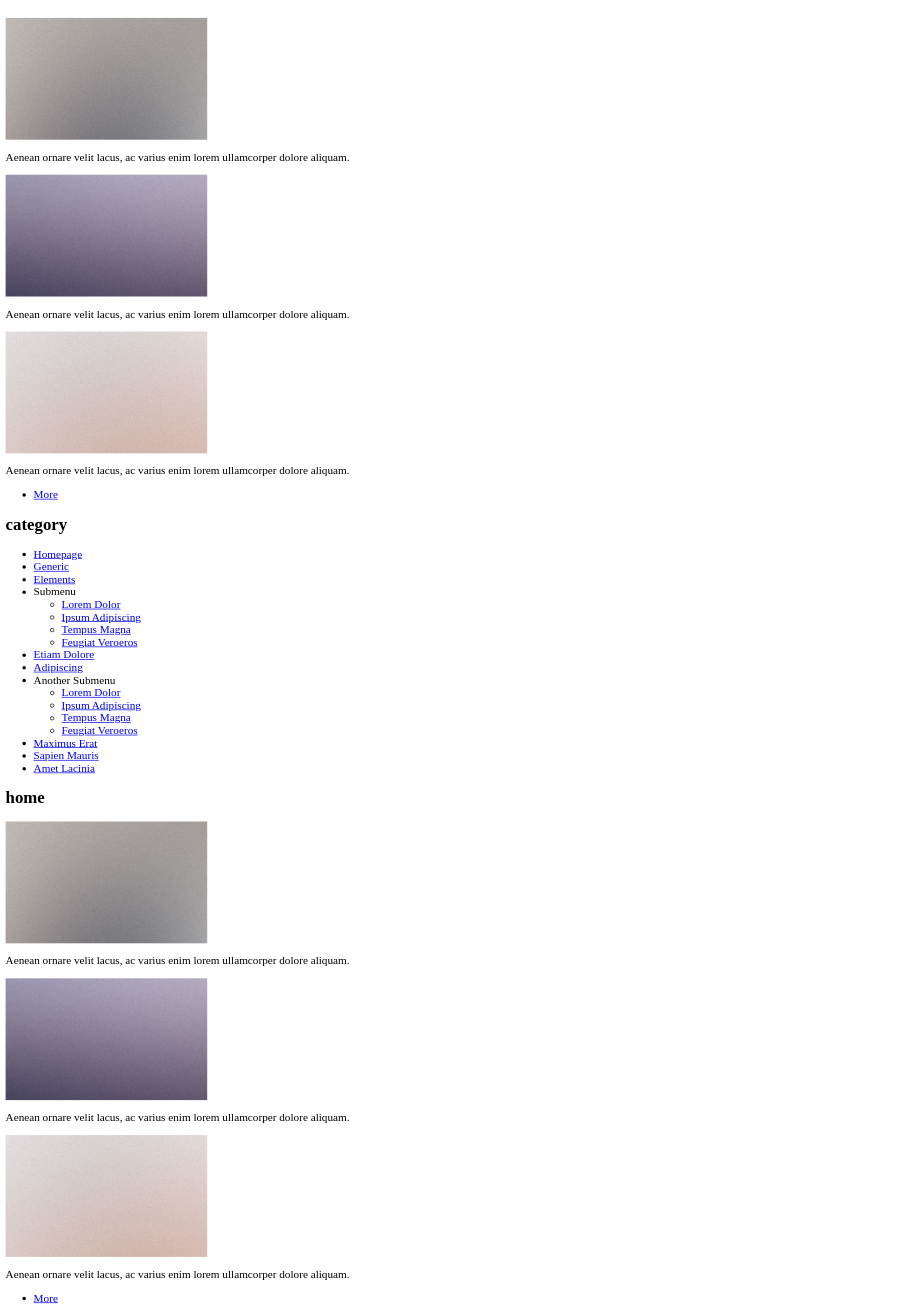
Repository: noCountJun/blog
Page: http://localhost/blogProject2/WEB-INF/views/board/bootTest.jsp
These files come from the project's save history. The page is drawn as it stood at one moment and after the next save; the edit follows.
The browser window is 1280 px wide. The page is 1288 px wide, so the pictures cover 1288 px, including what lies to the right of the window. The pictures show the part of the page from y = 1601 to 3481 px (the page is 3706 px tall before and 3258 px after), at 70% of full size.
The page is served by Tomcat 9. Nobody is signed in. Other server files are loaded and not shown. The template is opened directly, without the code that normally fills it, so the values that code supplies are empty.

Above is the page before, as saved 2019-08-20 07:33:46.

### blogProject2/src/main/webapp/WEB-INF/views/board/bootTest.jsp
<%@ page contentType="text/html; charset=utf-8" pageEncoding="utf-8"%>
<%@ taglib uri="http://java.sun.com/jsp/jstl/core" prefix="c" %>
<%@ page session="false" %>




		<!-- Wrapper -->
			<div id="wrapper">

				<!-- Main -->
					<div id="main">
						<div class="inner">

							<!-- Header -->
								<header id="header">
									<a href="index.html" class="logo"><strong>Editorial</strong> by HTML5 UP</a>
									<ul class="icons">
										<li><a href="#" class="icon brands fa-twitter"><span class="label">Twitter</span></a></li>
										<li><a href="#" class="icon brands fa-facebook-f"><span class="label">Facebook</span></a></li>
										<li><a href="#" class="icon brands fa-snapchat-ghost"><span class="label">Snapchat</span></a></li>
										<li><a href="#" class="icon brands fa-instagram"><span class="label">Instagram</span></a></li>
										<li><a href="#" class="icon brands fa-medium-m"><span class="label">Medium</span></a></li>
									</ul>
								</header>

							<!-- Content -->
								<section>
									<header class="main">
										<h1>Generic</h1>
									</header>

									<span class="image main"><img src="/resources/images/pic11.jpg" alt="" /></span>

									<p>Donec eget ex magna. Interdum et malesuada fames ac ante ipsum primis in faucibus. Pellentesque venenatis dolor imperdiet dolor mattis sagittis. Praesent rutrum sem diam, vitae egestas enim auctor sit amet. Pellentesque leo mauris, consectetur id ipsum sit amet, fergiat. Pellentesque in mi eu massa lacinia malesuada et a elit. Donec urna ex, lacinia in purus ac, pretium pulvinar mauris. Curabitur sapien risus, commodo eget turpis at, elementum convallis elit. Pellentesque enim turpis, hendrerit.</p>
									<p>Lorem ipsum dolor sit amet, consectetur adipiscing elit. Duis dapibus rutrum facilisis. Class aptent taciti sociosqu ad litora torquent per conubia nostra, per inceptos himenaeos. Etiam tristique libero eu nibh porttitor fermentum. Nullam venenatis erat id vehicula viverra. Nunc ultrices eros ut ultricies condimentum. Mauris risus lacus, blandit sit amet venenatis non, bibendum vitae dolor. Nunc lorem mauris, fringilla in aliquam at, euismod in lectus. Pellentesque habitant morbi tristique senectus et netus et malesuada fames ac turpis egestas. In non lorem sit amet elit placerat maximus. Pellentesque aliquam maximus risus, vel sed vehicula.</p>
									<p>Interdum et malesuada fames ac ante ipsum primis in faucibus. Pellentesque venenatis dolor imperdiet dolor mattis sagittis. Praesent rutrum sem diam, vitae egestas enim auctor sit amet. Pellentesque leo mauris, consectetur id ipsum sit amet, fersapien risus, commodo eget turpis at, elementum convallis elit. Pellentesque enim turpis, hendrerit tristique lorem ipsum dolor.</p>

									<hr class="major" />

									<h2>Interdum sed dapibus</h2>
									<p>Donec eget ex magna. Interdum et malesuada fames ac ante ipsum primis in faucibus. Pellentesque venenatis dolor imperdiet dolor mattis sagittis. Praesent rutrum sem diam, vitae egestas enim auctor sit amet. Pellentesque leo mauris, consectetur id ipsum sit amet, fergiat. Pellentesque in mi eu massa lacinia malesuada et a elit. Donec urna ex, lacinia in purus ac, pretium pulvinar mauris. Curabitur sapien risus, commodo eget turpis at, elementum convallis elit. Pellentesque enim turpis, hendrerit.</p>
									<p>Lorem ipsum dolor sit amet, consectetur adipiscing elit. Duis dapibus rutrum facilisis. Class aptent taciti sociosqu ad litora torquent per conubia nostra, per inceptos himenaeos. Etiam tristique libero eu nibh porttitor fermentum. Nullam venenatis erat id vehicula viverra. Nunc ultrices eros ut ultricies condimentum. Mauris risus lacus, blandit sit amet venenatis non, bibendum vitae dolor. Nunc lorem mauris, fringilla in aliquam at, euismod in lectus. Pellentesque habitant morbi tristique senectus et netus et malesuada fames ac turpis egestas. In non lorem sit amet elit placerat maximus. Pellentesque aliquam maximus risus, vel sed vehicula. Interdum et malesuada fames ac ante ipsum primis in faucibus. Pellentesque venenatis dolor imperdiet dolor mattis sagittis. Praesent rutrum sem diam, vitae egestas enim auctor sit amet. Pellentesque leo mauris, consectetur id ipsum sit amet, fersapien risus, commodo eget turpis at, elementum convallis elit. Pellentesque enim turpis, hendrerit tristique lorem ipsum dolor.</p>

									<hr class="major" />

									<h2>Magna etiam veroeros</h2>
									<p>Lorem ipsum dolor sit amet, consectetur adipiscing elit. Duis dapibus rutrum facilisis. Class aptent taciti sociosqu ad litora torquent per conubia nostra, per inceptos himenaeos. Etiam tristique libero eu nibh porttitor fermentum. Nullam venenatis erat id vehicula viverra. Nunc ultrices eros ut ultricies condimentum. Mauris risus lacus, blandit sit amet venenatis non, bibendum vitae dolor. Nunc lorem mauris, fringilla in aliquam at, euismod in lectus. Pellentesque habitant morbi tristique senectus et netus et malesuada fames ac turpis egestas. In non lorem sit amet elit placerat maximus. Pellentesque aliquam maximus risus, vel sed vehicula.</p>
									<p>Interdum et malesuada fames ac ante ipsum primis in faucibus. Pellentesque venenatis dolor imperdiet dolor mattis sagittis. Praesent rutrum sem diam, vitae egestas enim auctor sit amet. Pellentesque leo mauris, consectetur id ipsum sit amet, fersapien risus, commodo eget turpis at, elementum convallis elit. Pellentesque enim turpis, hendrerit tristique lorem ipsum dolor.</p>

									<hr class="major" />

									<h2>Lorem aliquam bibendum</h2>
									<p>Donec eget ex magna. Interdum et malesuada fames ac ante ipsum primis in faucibus. Pellentesque venenatis dolor imperdiet dolor mattis sagittis. Praesent rutrum sem diam, vitae egestas enim auctor sit amet. Pellentesque leo mauris, consectetur id ipsum sit amet, fergiat. Pellentesque in mi eu massa lacinia malesuada et a elit. Donec urna ex, lacinia in purus ac, pretium pulvinar mauris. Curabitur sapien risus, commodo eget turpis at, elementum convallis elit. Pellentesque enim turpis, hendrerit.</p>
									<p>Lorem ipsum dolor sit amet, consectetur adipiscing elit. Duis dapibus rutrum facilisis. Class aptent taciti sociosqu ad litora torquent per conubia nostra, per inceptos himenaeos. Etiam tristique libero eu nibh porttitor fermentum. Nullam venenatis erat id vehicula viverra. Nunc ultrices eros ut ultricies condimentum. Mauris risus lacus, blandit sit amet venenatis non, bibendum vitae dolor. Nunc lorem mauris, fringilla in aliquam at, euismod in lectus. Pellentesque habitant morbi tristique senectus et netus et malesuada fames ac turpis egestas. In non lorem sit amet elit placerat maximus. Pellentesque aliquam maximus risus, vel sed vehicula.</p>

								</section>

						</div>
					</div>

				<!-- Sidebar -->
<jsp:include page="/WEB-INF/views/category/category.jsp" />
			</div>

### blogProject2/src/main/webapp/WEB-INF/views/category/category.jsp
<%@ page contentType="text/html; charset=utf-8" pageEncoding="utf-8"%>
<%@ taglib uri="http://java.sun.com/jsp/jstl/core" prefix="c"%>
<%@ page session="false"%>

<div id="sidebar">
	<div class="inner">

		<!-- Search -->
		<section id="search" class="alt">
			<form method="post" action="#">
				<input type="text" name="query" id="query" placeholder="Search" />
			</form>
		</section>

		<!-- Section -->
		<section>
			<header class="major">
				<h2>home</h2>
			</header>
			<div class="mini-posts">
				<article>
					<a href="#" class="image"><img src="/resources/images/pic07.jpg" alt="" /></a>
					<p>Aenean ornare velit lacus, ac varius enim lorem ullamcorper dolore aliquam.</p>
				</article>
				<article>
					<a href="#" class="image"><img src="/resources/images/pic08.jpg" alt="" /></a>
					<p>Aenean ornare velit lacus, ac varius enim lorem ullamcorper dolore aliquam.</p>
				</article>
				<article>
					<a href="#" class="image"><img src="/resources/images/pic09.jpg" alt="" /></a>
					<p>Aenean ornare velit lacus, ac varius enim lorem ullamcorper dolore aliquam.</p>
				</article>
			</div>
			<ul class="actions">
				<li><a href="#" class="button">More</a></li>
			</ul>
		</section>

		<!-- Menu -->
		<nav id="menu">
			<header class="major">
				<h2>category</h2>
			</header>
			<ul>
				<li><a href="index.html">Homepage</a></li>
				<li><a href="generic.html">Generic</a></li>
				<li><a href="elements.html">Elements</a></li>
				<li>
					<span class="opener">Submenu</span>
					<ul>
						<li><a href="#">Lorem Dolor</a></li>
						<li><a href="#">Ipsum Adipiscing</a></li>
						<li><a href="#">Tempus Magna</a></li>
						<li><a href="#">Feugiat Veroeros</a></li>
					</ul>
				</li>
				<li><a href="#">Etiam Dolore</a></li>
				<li><a href="#">Adipiscing</a></li>
				<li>
					<span class="opener">Another Submenu</span>
					<ul>
						<li><a href="#">Lorem Dolor</a></li>
						<li><a href="#">Ipsum Adipiscing</a></li>
						<li><a href="#">Tempus Magna</a></li>
						<li><a href="#">Feugiat Veroeros</a></li>
					</ul>
				</li>
				<li><a href="#">Maximus Erat</a></li>
				<li><a href="#">Sapien Mauris</a></li>
				<li><a href="#">Amet Lacinia</a></li>
			</ul>
		</nav>

		<!-- Section -->
		<section>
			<header class="major">
				<h2>home</h2>
			</header>
			<div class="mini-posts">
				<article>
					<a href="#" class="image"><img src="/resources/images/pic07.jpg" alt="" /></a>
					<p>Aenean ornare velit lacus, ac varius enim lorem ullamcorper dolore aliquam.</p>
				</article>
				<article>
					<a href="#" class="image"><img src="/resources/images/pic08.jpg" alt="" /></a>
					<p>Aenean ornare velit lacus, ac varius enim lorem ullamcorper dolore aliquam.</p>
				</article>
				<article>
					<a href="#" class="image"><img src="/resources/images/pic09.jpg" alt="" /></a>
					<p>Aenean ornare velit lacus, ac varius enim lorem ullamcorper dolore aliquam.</p>
				</article>
			</div>
			<ul class="actions">
				<li><a href="#" class="button">More</a></li>
			</ul>
		</section>

		<!-- Section -->
		<section>
			<header class="major">
				<h2>Get in touch</h2>
			</header>
			<p>Sed varius enim lorem ullamcorper dolore aliquam aenean ornare velit lacus, ac varius enim lorem ullamcorper dolore. Proin sed aliquam facilisis ante interdum. Sed nulla amet lorem feugiat tempus aliquam.</p>
			<ul class="contact">
				<li class="icon solid fa-envelope"><a href="#">information@untitled.tld</a></li>
				<li class="icon solid fa-phone">(000) 000-0000</li>
				<li class="icon solid fa-home">1234 Somewhere Road #8254<br />
				Nashville, TN 00000-0000</li>
			</ul>
		</section>

		<footer id="footer">
			<p class="copyright">&copy; Untitled. All rights reserved. Demo Images: <a href="https://unsplash.com">Unsplash</a>. Design: <a href="https://html5up.net">HTML5 UP</a>.</p>
		</footer>

	</div>
</div>

After the next save:
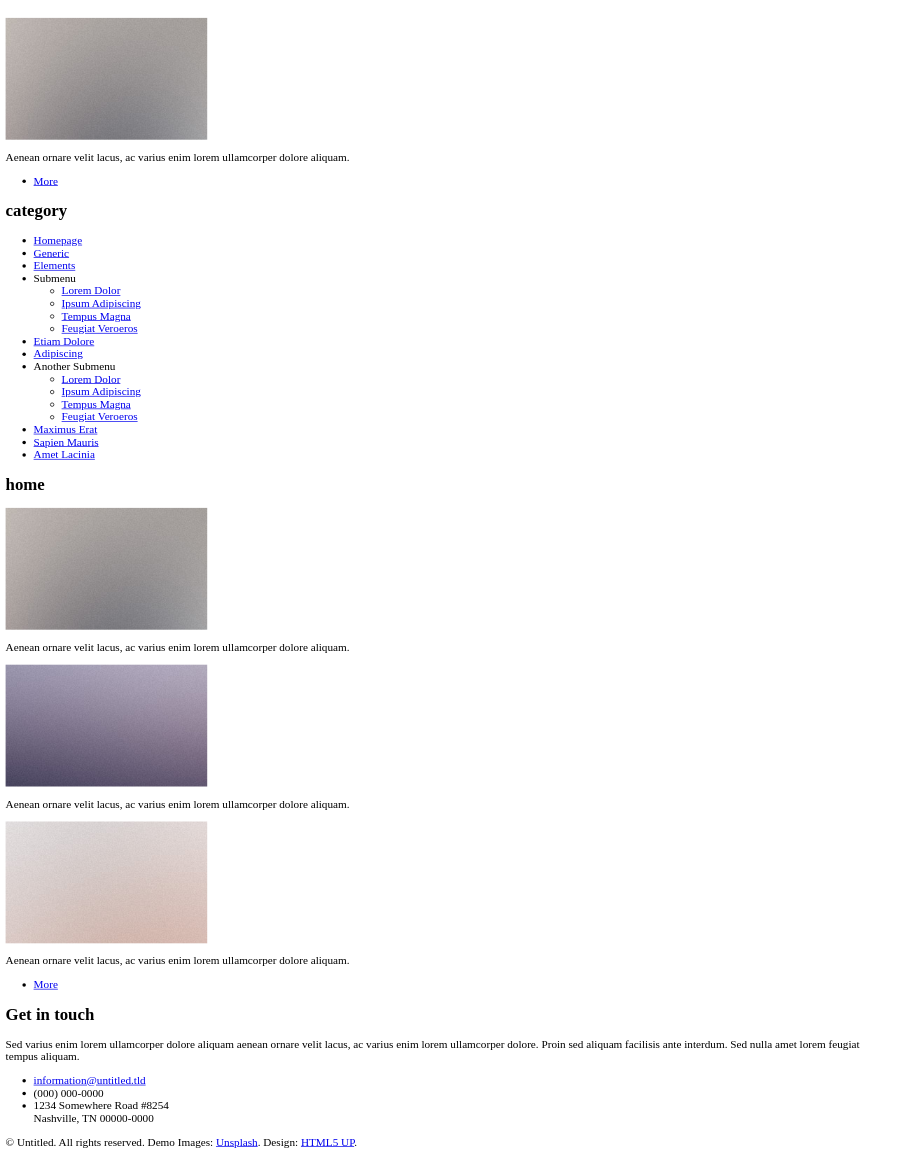
Saved 8 s later.
--- a/blogProject2/src/main/webapp/WEB-INF/views/category/category.jsp
+++ b/blogProject2/src/main/webapp/WEB-INF/views/category/category.jsp
@@ -20,14 +20,6 @@
 			<div class="mini-posts">
 				<article>
 					<a href="#" class="image"><img src="/resources/images/pic07.jpg" alt="" /></a>
-					<p>Aenean ornare velit lacus, ac varius enim lorem ullamcorper dolore aliquam.</p>
-				</article>
-				<article>
-					<a href="#" class="image"><img src="/resources/images/pic08.jpg" alt="" /></a>
-					<p>Aenean ornare velit lacus, ac varius enim lorem ullamcorper dolore aliquam.</p>
-				</article>
-				<article>
-					<a href="#" class="image"><img src="/resources/images/pic09.jpg" alt="" /></a>
 					<p>Aenean ornare velit lacus, ac varius enim lorem ullamcorper dolore aliquam.</p>
 				</article>
 			</div>
